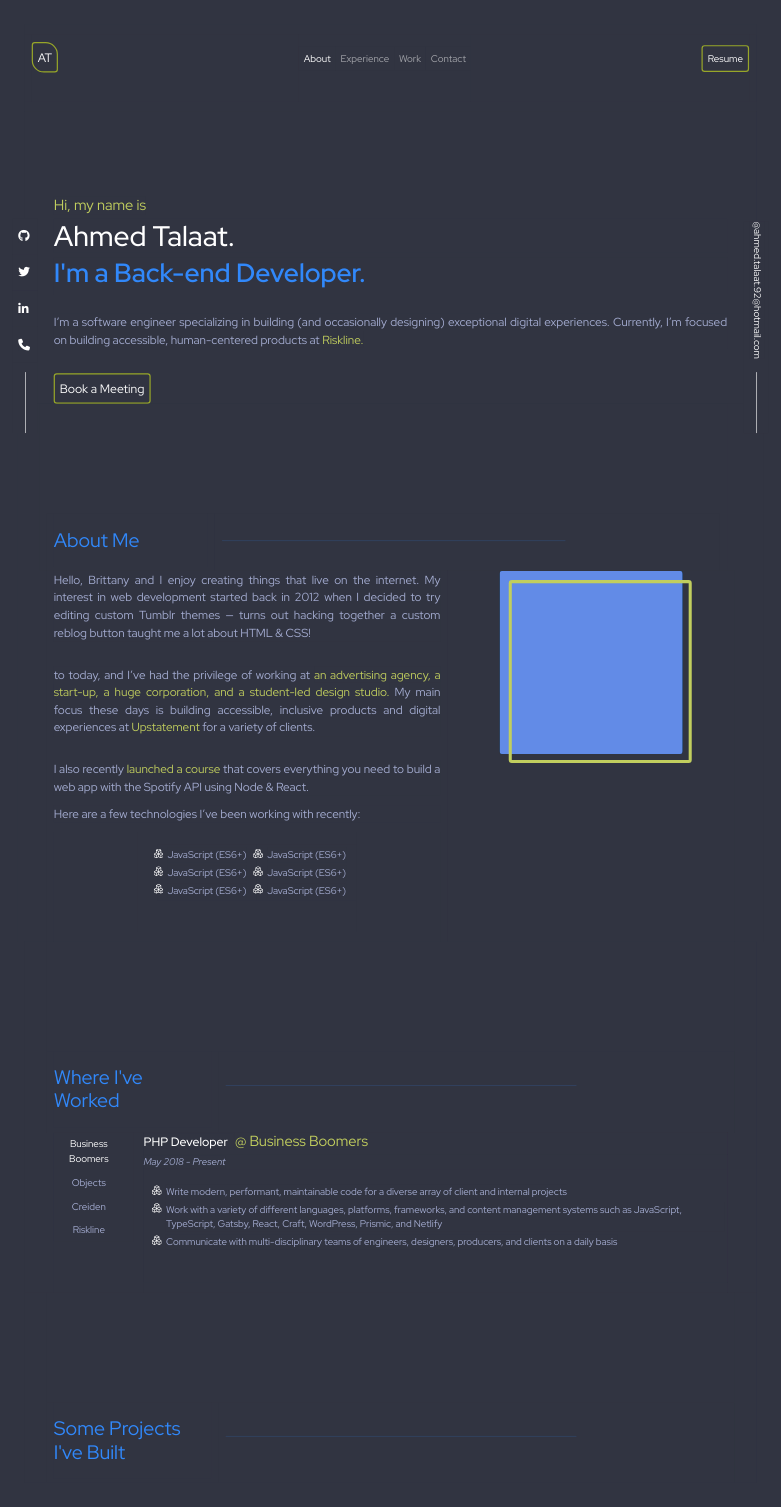
Repository: aya7abbal/Talaat-s-Portfolio
Page: index.html
The author's editor kept a copy of each file at every save. The page is drawn from the files as they stood at one save, then again after the next save.
The browser window is 1280 px wide. The pictures show the whole page, at 61% of full size.
Pictures or frames that could not be fetched are drawn as grey boxes. Some web libraries are served in a nearby version. The style sheet was rebuilt from its Sass, Less or Tailwind sources for each picture, by a compiler version that may differ from the author's.

Above is the page before, as saved 2022-02-07 14:30:36.

### index.html
<!DOCTYPE html>
<html lang="en">
  <head>
    <!-- Required meta tags -->
    <meta charset="utf-8" />
    <meta name="viewport" content="width=device-width, initial-scale=1" />

    <!-- Bootstrap CSS -->
    <link
      href="https://cdn.jsdelivr.net/npm/bootstrap@5.0.2/dist/css/bootstrap.min.css"
      rel="stylesheet"
      integrity="sha384-EVSTQN3/azprG1Anm3QDgpJLIm9Nao0Yz1ztcQTwFspd3yD65VohhpuuCOmLASjC"
      crossorigin="anonymous"
    />

    <!-- Favicon -->
    <link
      rel="shortcut icon"
      type="image/x-icon"
      href="./images/favicon/favicon.ico"
    />

    <!-- Font Awesome -->
    <script
      src="https://kit.fontawesome.com/fd7fa2f891.js"
      crossorigin="anonymous"
    ></script>

    <!-- Bootstrap Icons -->
    <link
      rel="stylesheet"
      href="https://cdn.jsdelivr.net/npm/bootstrap-icons@1.8.0/font/bootstrap-icons.css"
    />

    <!-- Main Stylesheet -->
    <link rel="stylesheet" href="./styles/styles.css" />

    <title>Ahmed's Portfolio</title>
  </head>
  <body>
    <!-- Navbar -->
    <nav class="navbar navbar-expand-md navbar-dark py-3">
      <div class="container-fluid d-flex justify-content-between">
        <div class="navbar-logo">
          <a class="navbar-brand navbar-border navbar-content__hidden" href="#"
            >AT</a
          >
        </div>

        <!-- Offcanvas  Hidden MENU -->
        <div class="offcanvas-menu">
          <button
            class="btn navbar-content__hidden rotating-icon"
            type="button"
            data-bs-toggle="offcanvas"
            data-bs-target="#offcanvasRight"
            aria-controls="offcanvasRight"
          >
            <i class="bi bi-x-diamond fs-2 text-white"></i>
          </button>
          <div
            class="offcanvas offcanvas-end"
            tabindex="-1"
            id="offcanvasRight"
            aria-labelledby="offcanvasRightLabel"
          >
            <div class="offcanvas-header">
              <h5 id="offcanvasRightLabel"></h5>
              <button
                type="button"
                class="btn text-reset"
                data-bs-dismiss="offcanvas"
                aria-label="Close"
              >
                <i class="bi bi-x-diamond fs-2 text-white rotated-icon"></i>
              </button>
            </div>
            <div class="offcanvas-body">
              <ul class="navbar-nav text-center">
                <li class="nav-item">
                  <a class="nav-link active" aria-current="page" href="#"
                    >About</a
                  >
                </li>
                <li class="nav-item">
                  <a class="nav-link" href="#">Experience</a>
                </li>
                <li class="nav-item">
                  <a class="nav-link" href="#">Work</a>
                </li>
                <li class="nav-item">
                  <a class="nav-link" href="#">Contact</a>
                </li>
                <li>
                  <a
                    class="btn btn-green my-4"
                    href="./Ahmed Talaat.pdf"
                    download
                  >
                    Resume</a
                  >
                </li>
              </ul>
            </div>
          </div>
        </div>

        <!-- NAVBAR Collapsable -->
        <div
          class="collapse navbar-collapse justify-content-between align-items-baseline"
          id="navbarNav"
        >
          <a class="navbar-brand navbar-border" href="#">AT</a>

          <ul class="navbar-nav">
            <li class="nav-item">
              <a class="nav-link active" aria-current="page" href="#">About</a>
            </li>
            <li class="nav-item">
              <a class="nav-link" href="#">Experience</a>
            </li>
            <li class="nav-item">
              <a class="nav-link" href="#">Work</a>
            </li>
            <li class="nav-item">
              <a class="nav-link" href="#">Contact</a>
            </li>
          </ul>

          <a
            class="btn btn-green"
            href="./Ahmed Talaat.pdf"
            download
          >Resume</a >
        </div>
      </div>
    </nav>
    <div class="body-wrapper">
      <!-- Introduction -->
      <div class="intro px-5">
        <h6>Hi, my name is</h6>

        <br />

        <h2>Ahmed Talaat.</h2>
        <h3 class="pb-2">I'm a Back-end Developer.</h3>

        <br />

        <p>
          I’m a software engineer specializing in building (and occasionally
          designing) exceptional digital experiences. Currently, I’m focused on
          building accessible, human-centered products at
          <a href="#">Riskline.</a>
        </p>

        <br />

        <a class=" btn btn-green btn-lg" href="https://calendly.com/atalaat-92/short-discussion?month=2022-02"> Book a Meeting</a>
      </div>

      <!-- About -->

      <div class="about px-5 row">
        <div class="section-header row">
          <div class="col-md-4 col-lg-3 col-5">
            <h4 class="py-4">About Me</h4>
          </div>
          <div class="col-md-8 col-lg-9 col-7">
            <hr />
          </div>
        </div>

        <!-- About Paragraph -->
        <div class="col-12 col-lg-7">
          <p>
            Hello, Brittany and I enjoy creating things that live on the
            internet. My interest in web development started back in 2012 when I
            decided to try editing custom Tumblr themes — turns out hacking
            together a custom reblog button taught me a lot about HTML & CSS!
          </p>
          <br />

          <p>
            to today, and I’ve had the privilege of working at
            <a href=""
              >an advertising agency, a start-up, a huge corporation, and a
              student-led design studio.</a
            >
            My main focus these days is building accessible, inclusive products
            and digital experiences at <a href="">Upstatement</a> for a variety
            of clients.
          </p>

          <br />
          <p>
            I also recently <a href="">launched a course</a> that covers
            everything you need to build a web app with the Spotify API using
            Node & React.
          </p>

          <p>Here are a few technologies I’ve been working with recently:</p>

          <div class="iconed-list d-flex justify-content-center">
            <ul class="row">
              <div class="col-6">
                <li>JavaScript (ES6+)</li>
                <li>JavaScript (ES6+)</li>
                <li>JavaScript (ES6+)</li>
              </div>

              <div class="col-6">
                <li>JavaScript (ES6+)</li>
                <li>JavaScript (ES6+)</li>
                <li>JavaScript (ES6+)</li>
              </div>
            </ul>
          </div>
        </div>

        <div class="col-12 col-lg-5 d-flex justify-content-center pb-5">
          <!-- About Image -->
          <div class="about-img">
           <div> <img
            src="https://brittanychiang.com/static/30a645f7db6038f83287d0c6042d3b2b/f9526/me.avif"
            alt=""
            width="300px"
            height="300px"
          /></div>
            <div class="about-img__border"></div>
          </div>
        </div>
      </div>

      <!-- Work -->

      <div class="work px-5">
        <div class="section-header row">
          <div class="col-md-4 col-lg-3 col-7">
            <h4 class="py-4">Where I've Worked</h4>
          </div>
          <div class="col-md-8 col-lg-9 col-5">
            <hr />
          </div>
        </div>
        <div>
          <!-- Nav tabs -->
          <div class="d-flex flex-md-row flex-column align-items-start">
            <div
              class="nav flex-md-column nav-pills me-3 mb-4 pe-md-3 nav-tabs"
              id="v-pills-tab"
              role="tablist"
              aria-orientation="vertical"
            >
              <button
                class="nav-link active"
                id="v-pills-home-tab"
                data-bs-toggle="pill"
                data-bs-target="#v-pills-home"
                type="button"
                role="tab"
                aria-controls="v-pills-home"
                aria-selected="true"
              >
                Business Boomers
              </button>
              <button
                class="nav-link"
                id="v-pills-profile-tab"
                data-bs-toggle="pill"
                data-bs-target="#v-pills-profile"
                type="button"
                role="tab"
                aria-controls="v-pills-profile"
                aria-selected="false"
              >
                Objects
              </button>
              <button
                class="nav-link"
                id="v-pills-messages-tab"
                data-bs-toggle="pill"
                data-bs-target="#v-pills-messages"
                type="button"
                role="tab"
                aria-controls="v-pills-messages"
                aria-selected="false"
              >
                Creiden
              </button>
              <button
                class="nav-link"
                id="v-pills-settings-tab"
                data-bs-toggle="pill"
                data-bs-target="#v-pills-settings"
                type="button"
                role="tab"
                aria-controls="v-pills-settings"
                aria-selected="false"
              >
                Riskline
              </button>
            </div>
            <div class="tab-content" id="v-pills-tabContent">
              <div
                class="tab-pane fade show active"
                id="v-pills-home"
                role="tabpanel"
                aria-labelledby="v-pills-home-tab"
              >
                <div class="work-title">
                  <h5 class="pe-2">PHP Developer</h5>
                  <h6>@ Business Boomers</h6>
                </div>
                <div class="work-date">
                  <i>May 2018 - Present </i>

                  <ul class="iconed-list">
                    <li>
                      Write modern, performant, maintainable code for a diverse
                      array of client and internal projects
                    </li>
                    <li>
                      Work with a variety of different languages, platforms,
                      frameworks, and content management systems such as
                      JavaScript, TypeScript, Gatsby, React, Craft, WordPress,
                      Prismic, and Netlify
                    </li>
                    <li>
                      Communicate with multi-disciplinary teams of engineers,
                      designers, producers, and clients on a daily basis
                    </li>
                  </ul>
                </div>
              </div>

              <div
                class="tab-pane fade"
                id="v-pills-profile"
                role="tabpanel"
                aria-labelledby="v-pills-profile-tab"
              >
                <div class="work-title">
                  <h5 class="pe-2">Back-end Developer</h5>
                  <h6>@ Objects</h6>
                </div>
                <div class="work-date">
                  <i>May 2018 - Present </i>

                  <ul class="iconed-list">
                    <li>
                      Write modern, performant, maintainable code for a diverse
                      array of client and internal projects
                    </li>
                    <li>
                      Work with a variety of different languages, platforms,
                      frameworks, and content management systems such as
                      JavaScript, TypeScript, Gatsby, React, Craft, WordPress,
                      Prismic, and Netlify
                    </li>
                    <li>
                      Communicate with multi-disciplinary teams of engineers,
                      designers, producers, and clients on a daily basis
                    </li>
                  </ul>
                </div>
              </div>

              <div
                class="tab-pane fade"
                id="v-pills-messages"
                role="tabpanel"
                aria-labelledby="v-pills-messages-tab"
              >
                <div class="work-title">
                  <h5 class="pe-2">Back-end Developer</h5>
                  <h6>@ Creiden</h6>
                </div>
                <div class="work-date">
                  <i>May 2018 - Present </i>

                  <ul class="iconed-list">
                    <li>
                      Write modern, performant, maintainable code for a diverse
                      array of client and internal projects
                    </li>
                    <li>
                      Work with a variety of different languages, platforms,
                      frameworks, and content management systems such as
                      JavaScript, TypeScript, Gatsby, React, Craft, WordPress,
                      Prismic, and Netlify
                    </li>
                    <li>
                      Communicate with multi-disciplinary teams of engineers,
                      designers, producers, and clients on a daily basis
                    </li>
                  </ul>
                </div>
              </div>

              <div
                class="tab-pane fade"
                id="v-pills-settings"
                role="tabpanel"
                aria-labelledby="v-pills-settings-tab"
              >
                <div class="work-title">
                  <h5 class="pe-2">Project Manager</h5>
                  <h6>@ Riskline</h6>
                </div>
                <div class="work-date">
                  <i>May 2018 - Present </i>

                  <ul class="iconed-list">
                    <li>
                      Write modern, performant, maintainable code for a diverse
                      array of client and internal projects
                    </li>
                    <li>
                      Work with a variety of different languages, platforms,
                      frameworks, and content management systems such as
                      JavaScript, TypeScript, Gatsby, React, Craft, WordPress,
                      Prismic, and Netlify
                    </li>
                    <li>
                      Communicate with multi-disciplinary teams of engineers,
                      designers, producers, and clients on a daily basis
                    </li>
                  </ul>
                </div>
              </div>
            </div>
          </div>
        </div>
      </div>

      <div class="projects px-5">
        <div class="section-header row">
          <div class="col-md-4 col-lg-3 col-7">
            <h4 class="py-4">Some Projects I've Built</h4>
          </div>
          <div class="col-md-8 col-lg-9 col-5">
            <hr />
          </div>
        </div>
      </div>
    </div>

    <footer>
      <div class="footer-left">
        <div class="footer-left__link">
          <i class="fab fa-github"><a href="#"></a></i>
        </div>
        <div class="footer-left__link">
          <i class="fab fa-twitter"><a href=""></a></i>
        </div>
        <div class="footer-left__link">
          <i class="fab fa-linkedin-in"><a href=""></a></i>
        </div>
        <div class="footer-left__link">
          <i class="fas fa-phone"><a href=""></a></i>
        </div>
        <div class="footer-left__link line"></div>
      </div>



      <div class="footer-right">
        <div class="footer-right__link">
          <a href="">@ahmed.talaat.92@hotmail.com</a>

        <div class="footer-right__link line"></div>
      </div>
    </footer>

    <!-- Bootstrap Bundle with Popper -->
    <script
      src="https://cdn.jsdelivr.net/npm/bootstrap@5.0.2/dist/js/bootstrap.bundle.min.js"
      integrity="sha384-MrcW6ZMFYlzcLA8Nl+NtUVF0sA7MsXsP1UyJoMp4YLEuNSfAP+JcXn/tWtIaxVXM"
      crossorigin="anonymous"
    ></script>
    <script type="module" src="./scripts/script.js"></script>
  </body>
</html>

### scripts/script.js
// const rotatingIcon = document.querySelector(".rotating-icon")
// const rotatedIcon = document.querySelector(".rotated-icon")


// rotatingIcon.addEventListener('click',function(event) {
// console.log(event)
//     rotatingIcon.style.display="hidden"
// })

### styles/styles.scss

// Fonts
@import url('https://fonts.googleapis.com/css2?family=Dosis:wght@200;300;400;500;600&family=Red+Hat+Display:ital,wght@0,300;0,400;0,500;0,600;0,700;0,900;1,300;1,400;1,500;1,600&family=Satisfy&display=swap');
// Partials
@import "./components/navbar";
@import"./components/footer";
@import "./variables/colors";
@import "./components/buttons";
@import "./variables/fonts";
@import "./components/pages";
@import "./variables/images";




// font-family: 'Dosis', sans-serif;
// font-family: 'Red Hat Display', sans-serif;
// font-family: 'Satisfy', cursive;

*{
font-family: 'Red Hat Display', sans-serif;
background-color: var(--navy);

}

body{
    margin: 0%;
    overflow-x: hidden;
    background-color: var(--navy);

    @media (min-width:768px) {
        padding: 40px;
    }
}

### styles/components/_navbar.scss
.navbar-content__hidden{
    display: none;
    @media (max-width:768px) {
        display: inline-block;
    }
}

.navbar-brand{
    border: solid 2px var(--green);
    border-radius: 5px 20px;
    padding: 8px;

    &:hover{
        background-color: var(--green);
    }
}

### styles/components/_footer.scss
footer {

    @media (max-width:768px) {
display: none;
    }

  .footer-left {
    position: fixed;
    bottom: 10px;
    left: 20px;
    i {
      font-size: 1.2em;
      color: white;
      margin: 20px 10px;
      &:hover{
          color: greenyellow;
          transform: translateY(-3px);
      }
    }

    .line {
      border-right: 1px solid white;
      padding: 20px;
      height: 100px;
      background-color: transparent;
      transform: translatex(-19px);
      margin-top: 15px;
    }
  }


  .footer-right {
    position: fixed;
    bottom: 10px;
    right: 20px;
    i{
      font-size: 1.2em;
      color: white;
      margin: 15px 10px;
      &:hover{
          color: greenyellow;
          transform: translateY(-3px);
      }


    }

    a{
        writing-mode: vertical-rl;
        transform: translatex(10px);
        color: white;
        font-size: 1em;
        &:hover{
            color: greenyellow;
            text-decoration: none;
        }
    }

    .line {
      border-right: 1px solid white;
      padding: 20px;
      height: 100px;
      background-color: transparent;
      transform: translatex(-19px);
      margin-top: 15px;
    }
  }
}

### styles/variables/_colors.scss
:root{
    --navy:#313441;
    --lgreen:#c1ce5e;
    --grey:#A4A6BF;
    --bblue:hsl(220, 47%, 62%);
    --green:#97A629;
    --lgreeno:#c1ce5e11;
    --lgrey:#bbc1dd;
    --mdgrey:#a4acd1;
    --blue:#3188fa;

}

### styles/components/_buttons.scss
.btn-green {
  border: 2px solid var(--green);
  padding: 8px;
  color:white;
  border-radius: 5px;

  &:hover {
    color: rgb(197, 197, 197);
    background-color: var(--lgreeno);
  }
}

.btn-blue{
    border: 2px solid var(--blue);
    padding: 8px;
    color:white;
    border-radius: 5px;

    &:hover {
      color: rgb(197, 197, 197);
      background-color: var(--bblue);
    }
}

.rotating-icon, .rotated-icon {
  transform: rotate(45deg) !important;
  z-index: 100;

  &:hover {
    transform: rotate(90deg) !important;
    transition: 0.6s;


  }
  &:active &:focus {
    transform: rotate(90deg) !important;
  }
}

### styles/variables/_fonts.scss



h2 {
  color: white;
  font-size: 2.3em;

  @media (min-width: 768px) {
    font-size: 2.9em;
  }
}

h3 {
  color: var(--blue);
  font-weight: 600;
  font-size: 2.2em;

  @media (min-width: 768px) {
    font-size: 2.7em;
  }
}

h4 {
  color: var(--blue);
  font-weight: 400;
  font-size: 1.5em;
  background-color: var(--navy);

  @media (min-width: 768px) {
    font-size: 2em;
  }
}

h5{
  color: white;
  display: inline-block;
}

h6 {
  font-size: 1.2em;
  color: var(--lgreen);
  font-weight: 400;
  display: inline-block;

  @media (min-width: 768px) {
    font-size: 1.5em;
  }
}

a {
  color: var(--lgreen);
  text-decoration: none;

  &:hover {
    color: var(--green);

    text-decoration: underline;
  }
}

ul{

    padding-top:20px;
    padding-bottom: 50px;
}
.iconed-list li{
    list-style-image:url(../../svg/list.svg);
    color: var(--mdgrey);

    padding:10px 10px 0px 10px;
    margin: 5px;
    width: fit-content;
    padding: 0%;
}

p {
  font-size: 1.2em;
  color: var(--mdgrey);
  font-weight: 400;
  text-align: justify;

  @media (min-width: 768px) {
    font-size: 1.2em;
  }
}

i{
  color: var(--mdgrey);
}

.nav-tabs .nav-link{

  color: var(--mdgrey);
  background-color: transparent !important;
  // text-decoration: underline;
  text-decoration-color: var(--mdgrey);

  &:focus{
    background-color: transparent !important;
    color: var(--lgreen);
    border-bottom-color: var(--lgreen);

  }

  &:active{
    background-color: transparent !important;
    color: var(--lgreen);


  }



}

### styles/components/_pages.scss

// INTRODUCTION
.intro{
    padding-top: 140px;
}

// ABOUT


.section-header{
    padding-top:180px ;
    hr{
        position: relative;
        top:30%;
        color: var(--blue);
        width: 70%;
    }
}

#v-pills-tab{
    border: none;
}

### styles/variables/_images.scss
.about-img {
  height: fit-content;
  position: relative;
  display: flex;
  flex-direction: column;
  justify-content: center;


  img {
    filter: invert(25%) sepia(77%) saturate(2565%) hue-rotate(200deg)
      brightness(103%) contrast(96%) opacity(90%);
    border-radius: 5px;
  }
  &:hover {
    img {
      filter: none;
    }
    .about-img__border{
        transform: translate(0px, 0px);
        transition: .1s;


    }
  }

  .about-img__border {
    position: absolute;
    border: 5px solid var(--lgreen);
    border-radius: 5px;
    width: 300px;
    height: 300px;
    transform: translate(15px, 15px);
    background-color: transparent;
  }
}

After the next save:
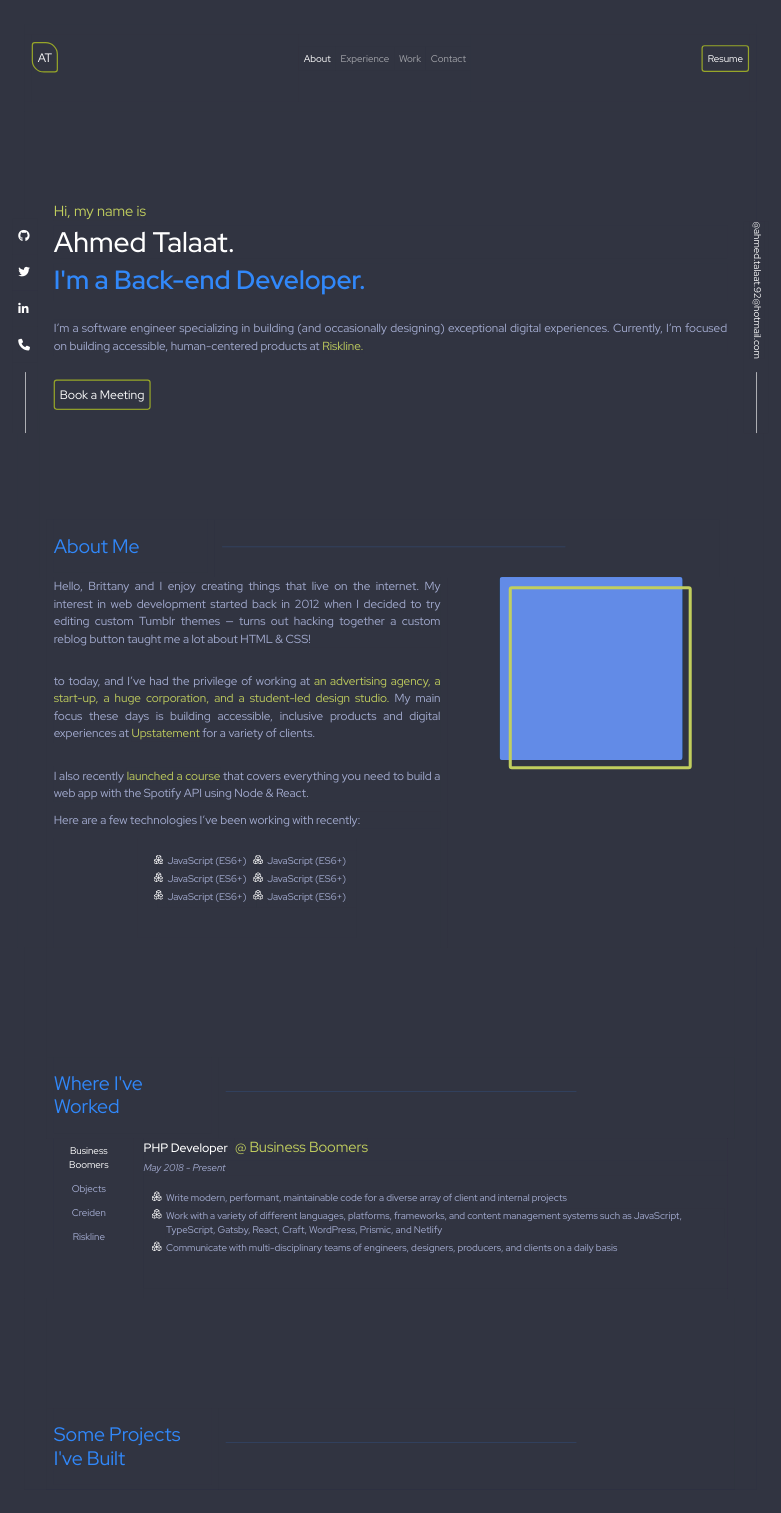
Saved 5 s later.
--- a/styles/components/_pages.scss
+++ b/styles/components/_pages.scss
@@ -1,7 +1,7 @@
 
 // INTRODUCTION
 .intro{
-    padding-top: 140px;
+    padding-top: 150px;
 }
 
 // ABOUT
